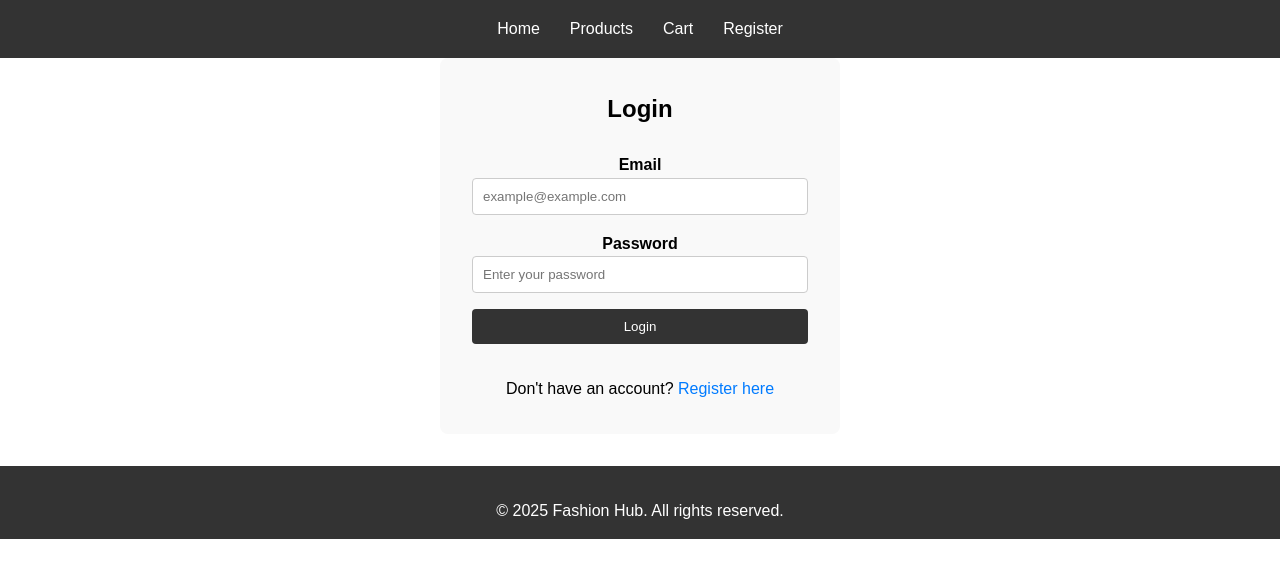
Repository: Patience225/ecommerce-app
Page: login.html
An editor plug-in stored every save of this project. The page is shown before and after the next save, followed by the edit.
The browser window is 1280 px wide. The pictures show the whole page.

Above is the page before, as saved 2025-01-30 10:32:38.

### login.html
<!DOCTYPE html>
<html lang="en">
<head>
  <meta charset="UTF-8">
  <meta name="viewport" content="width=device-width, initial-scale=1.0">
  <title>Login - Fashion Hub</title>
  <link rel="stylesheet" href="css/style.css">
</head>
<body>
  <header>
    <nav>
      <ul>
        <li><a href="index.html">Home</a></li>
        <li><a href="product.html">Products</a></li>
        <li><a href="cart.html">Cart</a></li>
        <li><a href="register.html">Register</a></li>
      </ul>
    </nav>
  </header>

  <main>
    <section class="auth-section">
      <h1>Login</h1>
      <form id="login-form">
        <div class="form-group">
          <label for="email">Email</label>
          <input type="email" id="email" name="email" required placeholder="example@example.com">
        </div>

        <div class="form-group">
          <label for="password">Password</label>
          <input type="password" id="password" name="password" required placeholder="Enter your password">
        </div>

        <button type="submit">Login</button>
        <p>Don't have an account? <a href="register.html">Register here</a></p>
      </form>
    </section>
  </main>

  <footer>
    <p>&copy; 2025 Fashion Hub. All rights reserved.</p>
  </footer>

  <script src="js/auth.js"></script>
</body>
</html>

### css/style.css
* {
  margin: 0;
  padding: 0;
  box-sizing: border-box;
}

body {
  font-family: 'Arial', sans-serif;
  line-height: 1.6;
}

header {
  background: #333;
  color: #fff;
  padding: 1em;
  text-align: center;
}

nav ul {
  display: flex;
  justify-content: center;
  list-style: none;
}

nav ul li {
  margin: 0 15px;
}

nav ul li a {
  color: white;
  text-decoration: none;
}

.hero {
  background: url('../assets/images/hero.jpg') no-repeat center center/cover;
  color: white;
  text-align: center;
  padding: 3em 1em;
}

.products {
  padding: 2em 1em;
}

.product-grid {
  display: grid;
  grid-template-columns: repeat(auto-fill, minmax(200px, 1fr));
  gap: 1em;
}

footer {
  background: #333;
  color: white;
  text-align: center;
  padding: 1em;
  margin-top: 2em;
}

.cart {
  padding: 2em 1em;
}

.cart-items {
  display: flex;
  flex-direction: column;
  gap: 1em;
  margin-bottom: 2em;
}

.cart-item {
  display: flex;
  align-items: center;
  gap: 1em;
  border-bottom: 1px solid #ccc;
  padding-bottom: 1em;
}

.cart-item img {
  width: 100px;
  border-radius: 8px;
}

.cart-item-details {
  flex: 1;
}

.cart-item-title {
  font-size: 1.2rem;
  margin-bottom: 0.5em;
}

.cart-item-price {
  color: #333;
}

.cart-summary {
  text-align: right;
}

#checkout-btn {
  padding: 0.75em 1.5em;
  background-color: #333;
  color: white;
  border: none;
  cursor: pointer;
  border-radius: 4px;
}

#checkout-btn:hover {
  background-color: #555;
}

.checkout {
  padding: 2em;
  max-width: 600px;
  margin: 0 auto;
  background-color: #f9f9f9;
  border-radius: 8px;
}

.checkout h1 {
  text-align: center;
  margin-bottom: 1em;
}

form {
  display: flex;
  flex-direction: column;
  gap: 1em;
}

.form-group {
  display: flex;
  flex-direction: column;
}

label {
  font-weight: bold;
}

input, textarea, select {
  padding: 0.75em;
  border: 1px solid #ccc;
  border-radius: 4px;
}

button[type="submit"] {
  padding: 0.75em;
  background-color: #333;
  color: white;
  border: none;
  cursor: pointer;
  border-radius: 4px;
  text-align: center;
}

button[type="submit"]:hover {
  background-color: #555;
}

.auth-section {
  padding: 2em;
  max-width: 400px;
  margin: 0 auto;
  background-color: #f9f9f9;
  border-radius: 8px;
  text-align: center;
}

.auth-section h1 {
  margin-bottom: 1em;
}

form {
  display: flex;
  flex-direction: column;
  gap: 1em;
}

input {
  padding: 0.75em;
  border: 1px solid #ccc;
  border-radius: 4px;
}

button[type="submit"] {
  padding: 0.75em;
  background-color: #333;
  color: white;
  border: none;
  cursor: pointer;
  border-radius: 4px;
}

button[type="submit"]:hover {
  background-color: #555;
}

p {
  margin-top: 1em;
}

p a {
  color: #007BFF;
  text-decoration: none;
}

.search-filter-section {
  display: flex;
  justify-content: space-between;
  align-items: center;
  padding: 1em;
  background-color: #f5f5f5;
  margin-bottom: 1em;
  border-radius: 8px;
}

.search-bar {
  display: flex;
  gap: 0.5em;
}

.search-bar input {
  padding: 0.75em;
  border: 1px solid #ccc;
  border-radius: 4px;
}

.search-bar button {
  padding: 0.75em;
  background-color: #333;
  color: white;
  border: none;
  border-radius: 4px;
  cursor: pointer;
}

.search-bar button:hover {
  background-color: #555;
}

.filter-options select {
  padding: 0.75em;
  border: 1px solid #ccc;
  border-radius: 4px;
}

.checkout-form {
  max-width: 600px;
  margin: 2em auto;
  padding: 1.5em;
  background-color: #f9f9f9;
  border-radius: 8px;
  box-shadow: 0 4px 8px rgba(0, 0, 0, 0.1);
}

.checkout-form form {
  display: flex;
  flex-direction: column;
  gap: 1em;
}

.checkout-form label {
  font-weight: bold;
}

.checkout-form input,
.checkout-form select {
  padding: 0.75em;
  border: 1px solid #ddd;
  border-radius: 4px;
}

.checkout-button {
  padding: 1em;
  background-color: #333;
  color: white;
  border: none;
  border-radius: 4px;
  cursor: pointer;
  font-size: 1em;
}

.checkout-button:hover {
  background-color: #555;
}

.cart-container {
  max-width: 800px;
  margin: 2em auto;
  padding: 1em;
  background-color: #f9f9f9;
  border-radius: 8px;
  box-shadow: 0 4px 8px rgba(0, 0, 0, 0.1);
}

.cart-container table {
  width: 100%;
  border-collapse: collapse;
  margin-bottom: 1em;
}

.cart-container th, .cart-container td {
  padding: 1em;
  border: 1px solid #ddd;
  text-align: center;
}

.cart-summary {
  display: flex;
  justify-content: space-between;
  align-items: center;
  background-color: #e9e9e9;
  padding: 1em;
  border-radius: 8px;
}

.checkout-button {
  padding: 1em;
  background-color: #333;
  color: white;
  border: none;
  border-radius: 4px;
  cursor: pointer;
  font-size: 1em;
}

.checkout-button:hover {
  background-color: #555;
}

### js/auth.js
// js/auth.js

// Handle Registration
document.getElementById('register-form')?.addEventListener('submit', function (e) {
  e.preventDefault();

  const name = document.getElementById('name').value.trim();
  const email = document.getElementById('email').value.trim();
  const password = document.getElementById('password').value.trim();

  if (!name || !email || !password) {
    alert('Please fill in all fields.');
    return;
  }

  const user = { name, email, password };
  localStorage.setItem('user', JSON.stringify(user));
  alert('Registration successful! Please login.');
  window.location.href = "login.html";
});

// Handle Login
document.getElementById('login-form')?.addEventListener('submit', function (e) {
  e.preventDefault();

  const email = document.getElementById('email').value.trim();
  const password = document.getElementById('password').value.trim();

  const storedUser = JSON.parse(localStorage.getItem('user'));

  if (storedUser && storedUser.email === email && storedUser.password === password) {
    alert(`Welcome back, ${storedUser.name}!`);
    window.location.href = "index.html";
  } else {
    alert('Invalid email or password. Please try again.');
  }
});

After the next save:
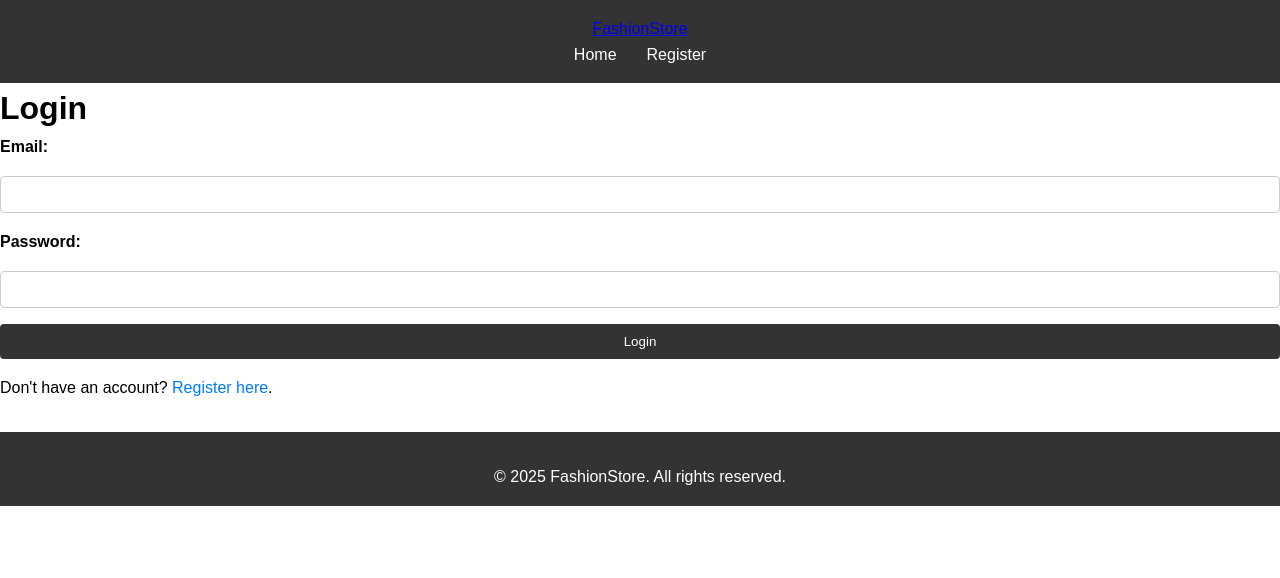
Saved 40 s later.
--- a/login.html
+++ b/login.html
@@ -3,43 +3,38 @@
 <head>
   <meta charset="UTF-8">
   <meta name="viewport" content="width=device-width, initial-scale=1.0">
-  <title>Login - Fashion Hub</title>
+  <title>Login - FashionStore</title>
   <link rel="stylesheet" href="css/style.css">
 </head>
 <body>
   <header>
-    <nav>
-      <ul>
+    <nav class="navbar">
+      <a href="index.html" class="logo">FashionStore</a>
+      <ul class="nav-links">
         <li><a href="index.html">Home</a></li>
-        <li><a href="product.html">Products</a></li>
-        <li><a href="cart.html">Cart</a></li>
         <li><a href="register.html">Register</a></li>
       </ul>
     </nav>
   </header>
 
   <main>
-    <section class="auth-section">
-      <h1>Login</h1>
+    <h1>Login</h1>
+    <section class="auth-container">
       <form id="login-form">
-        <div class="form-group">
-          <label for="email">Email</label>
-          <input type="email" id="email" name="email" required placeholder="example@example.com">
-        </div>
+        <label for="email">Email:</label>
+        <input type="email" id="email" required>
 
-        <div class="form-group">
-          <label for="password">Password</label>
-          <input type="password" id="password" name="password" required placeholder="Enter your password">
-        </div>
+        <label for="password">Password:</label>
+        <input type="password" id="password" required>
 
         <button type="submit">Login</button>
-        <p>Don't have an account? <a href="register.html">Register here</a></p>
       </form>
+      <p>Don't have an account? <a href="register.html">Register here</a>.</p>
     </section>
   </main>
 
   <footer>
-    <p>&copy; 2025 Fashion Hub. All rights reserved.</p>
+    <p>&copy; 2025 FashionStore. All rights reserved.</p>
   </footer>
 
   <script src="js/auth.js"></script>
